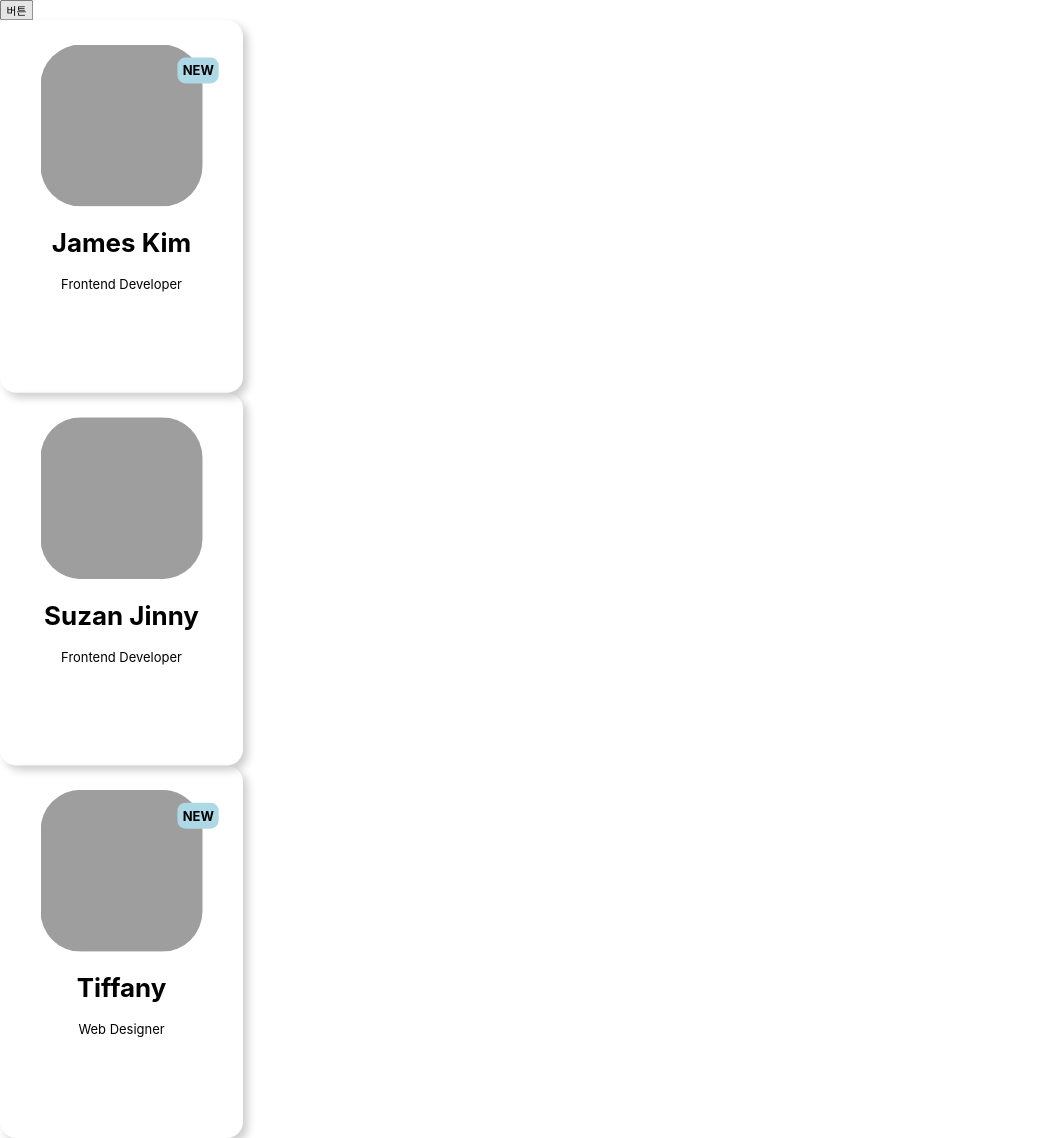
Repository: dnjfht/css-example
Page: /
These files come from the project's save history. The page is drawn as it stood at one moment and after the next save; the edit follows.
The browser window is 1280 px wide. The pictures show the whole page, at 81% of full size.
Pictures or frames that could not be fetched are drawn as grey boxes. The project was rebuilt for these pictures with package versions that can differ from the ones it lists, and the page was loaded fresh each time. Also part of the build but not shown: src/App.css.

Above is the page before, as saved 2023-05-09 17:03:02.

After the next save:
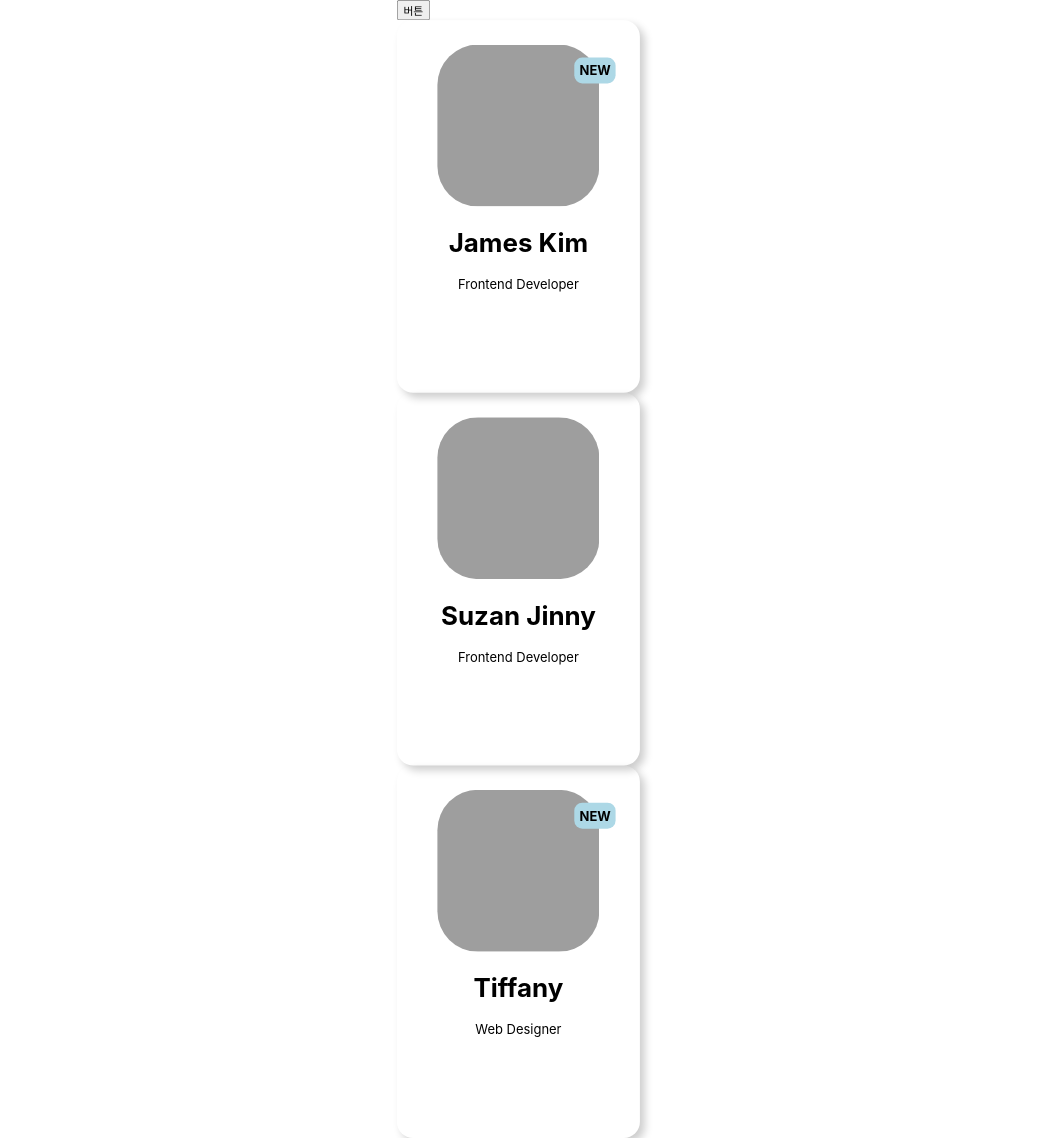
Saved 26 s later.
--- a/src/App.js
+++ b/src/App.js
@@ -5,6 +5,7 @@ function App() {
   return (
     <div
       style={{
+        width: 300,
         margin: "0 auto",
       }}
     >
